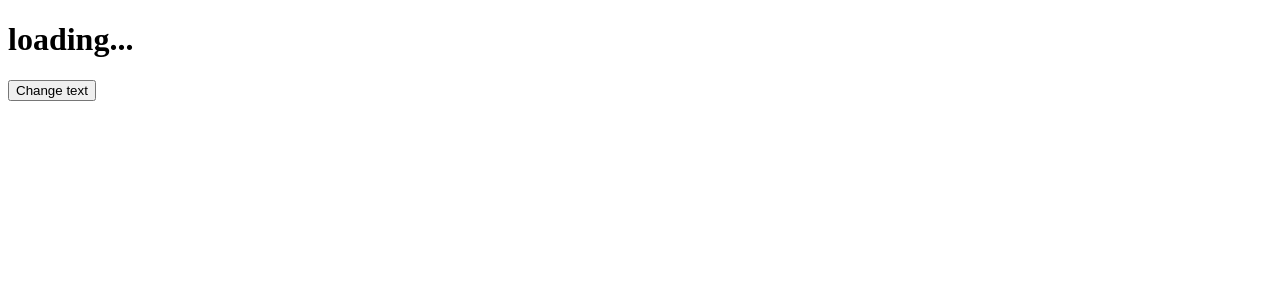
Repository: hsumyatm7308/AJAX-JS
Page: onloadandonreadystagepropertie/myonload.html
An editor plug-in stored every save of this project. The page is shown before and after the next save, followed by the edit.
The browser window is 1280 px wide. The pictures show the whole page.

Above is the page before, as saved 2023-08-07 11:39:45.

After the next save:
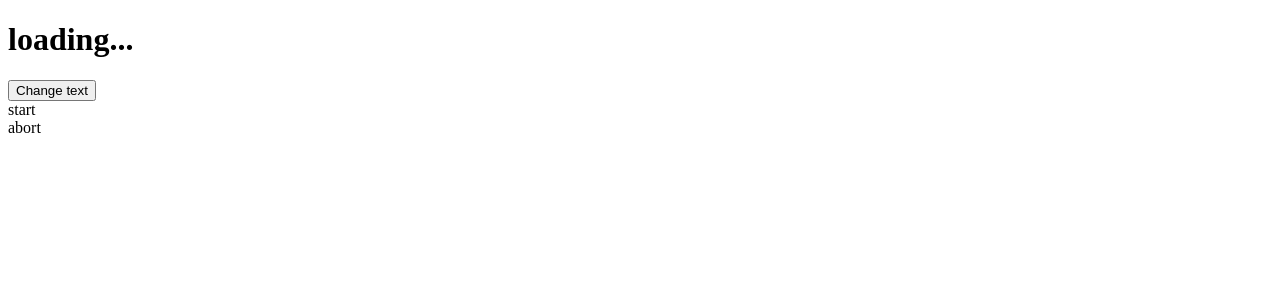
Saved 35 s later.
--- a/onloadandonreadystagepropertie/myonload.html
+++ b/onloadandonreadystagepropertie/myonload.html
@@ -12,6 +12,11 @@
         <h1>loading...</h1>
         <button id="ajax-text" class="">Change text</button>
     </div>
+
+    <div id="result"></div>
+    <div id="start" onclick="start()">start</div>
+    <div id="abort" onclick="abort()">abort</div>
+
 
     <script type="text/javascript">
         var ctn = document.getElementById('ctn');
